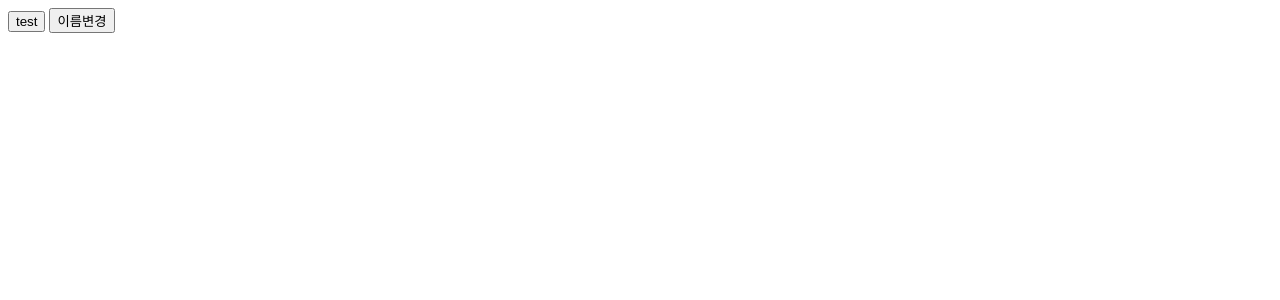
Repository: RYE415/4.jsp
Page: JQueryTest/src/main/webapp/5.ajax/05.json.html
An editor plug-in stored every save of this project. The page is shown before and after the next save, followed by the edit.
The browser window is 1280 px wide. The pictures show the whole page.

Above is the page before, as saved 2022-08-04 05:24:24.

After the next save:
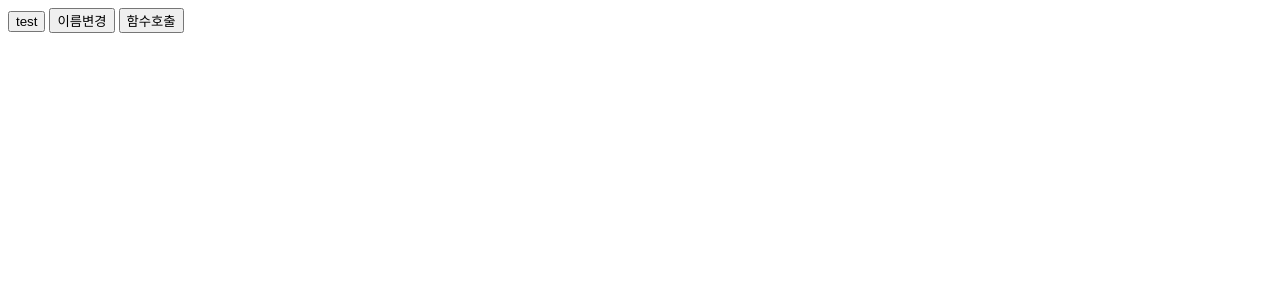
Saved 42 s later.
--- a/JQueryTest/src/main/webapp/5.ajax/05.json.html
+++ b/JQueryTest/src/main/webapp/5.ajax/05.json.html
@@ -15,5 +15,6 @@
 <body>
 	<input type="button" value="test" onclick="print1()">
 	<input type="button" value="이름변경" onclick="">
+	<input type="button" value="함수호출"	onclick="">
 </body>
 </html>
